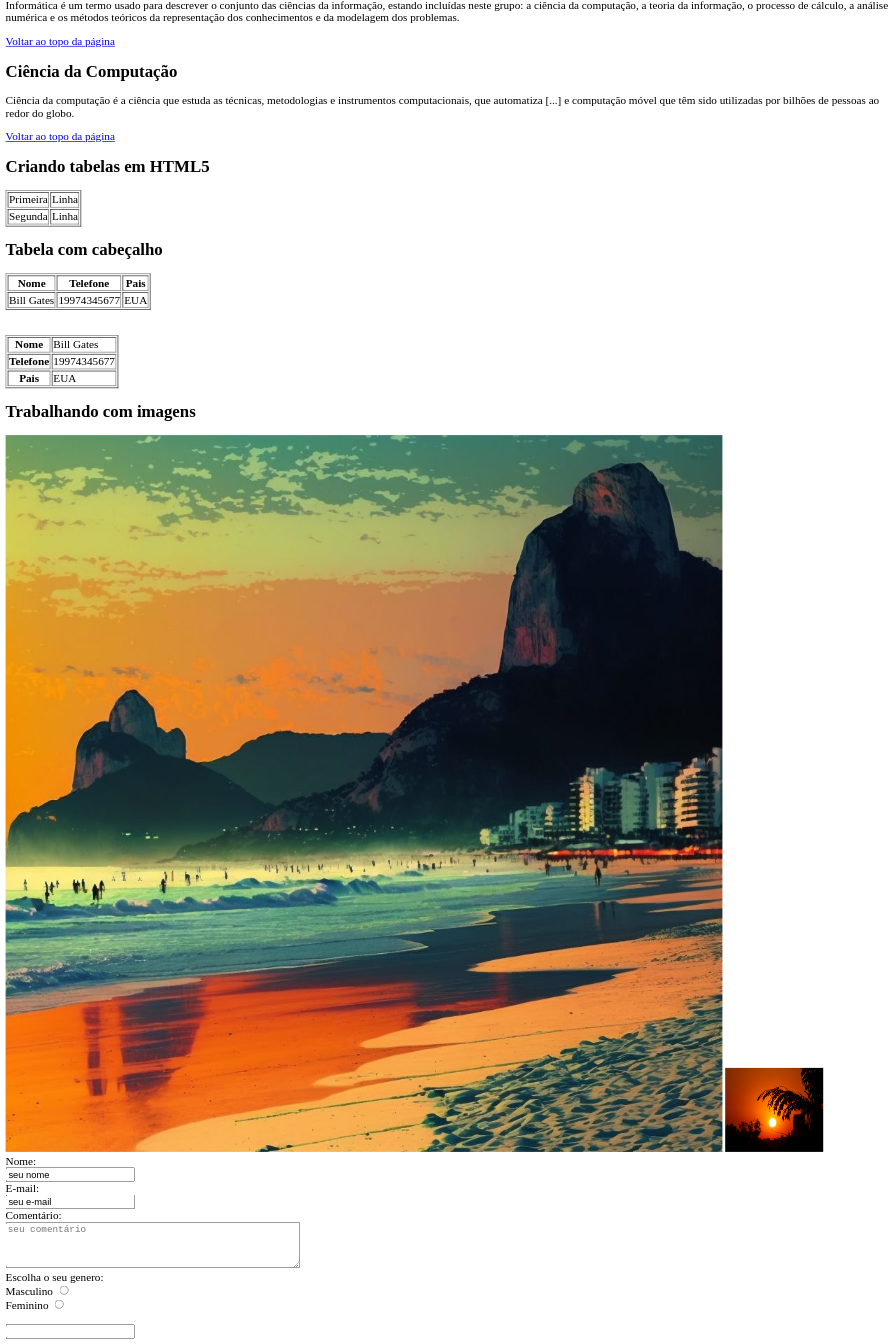
Repository: Thichi99/BootcampGen75
Page: Familia75/index.html
These files come from the project's save history. The page is drawn as it stood at one moment and after a run of saves; the edit follows.
The browser window is 1280 px wide. The pictures show the part of the page from y = 992 to 2912 px (the page is 2912 px tall), at 70% of full size.

Above is the page before, as saved 2024-07-26 12:25:03.

After the next 3 saves:
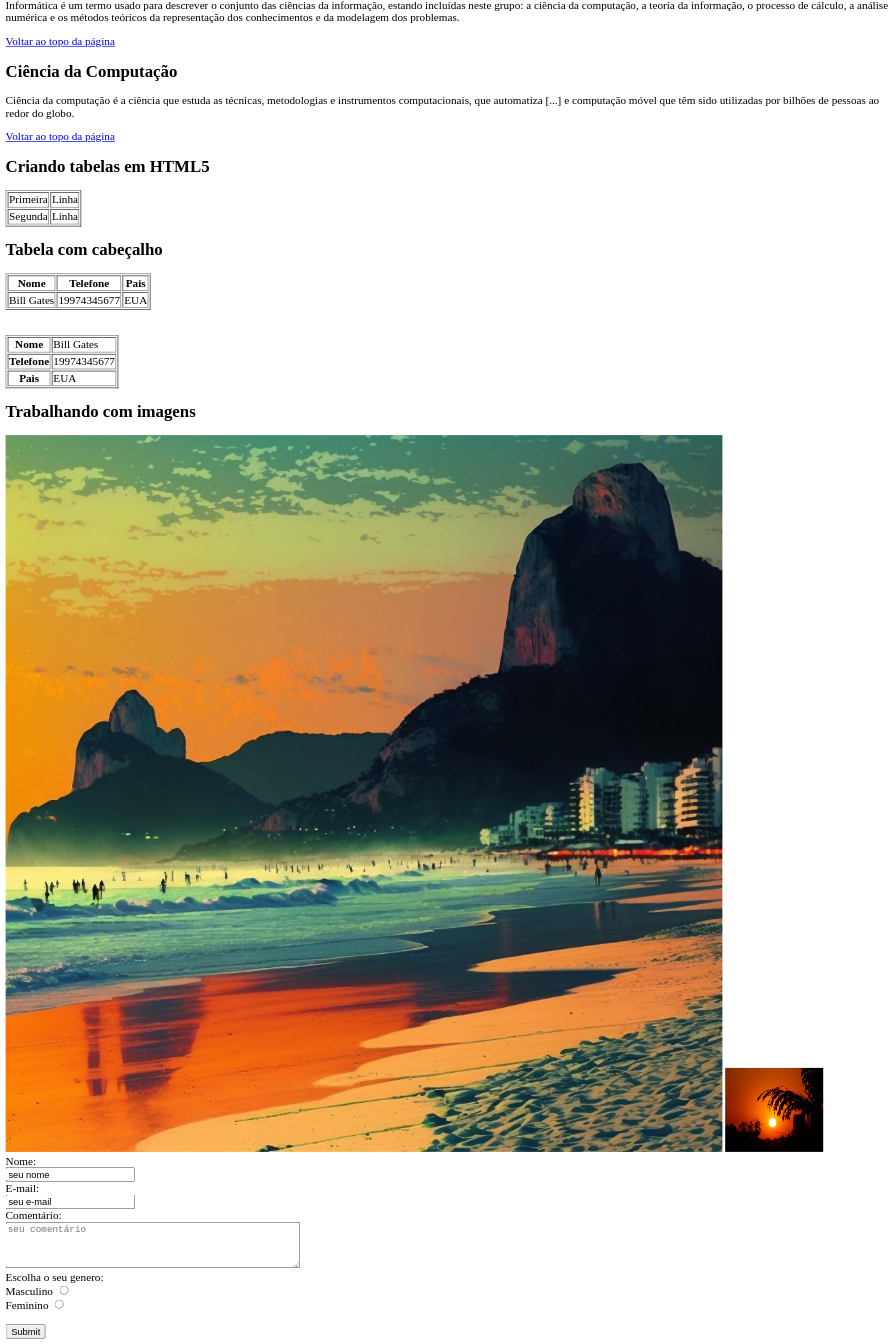
The 3 saves are shown as one change because they came seconds apart.
The last was saved 7 s later.
--- a/Familia75/index.html
+++ b/Familia75/index.html
@@ -138,7 +138,7 @@ pessoas ao redor do globo.
         <label for="fem">Feminino</label>
         <input type="radio" name="genero" id="femi" value="feminino"><br>
         <br>
-        <input type=""
+        <input type="submit"
 
    </form>
 </body>
